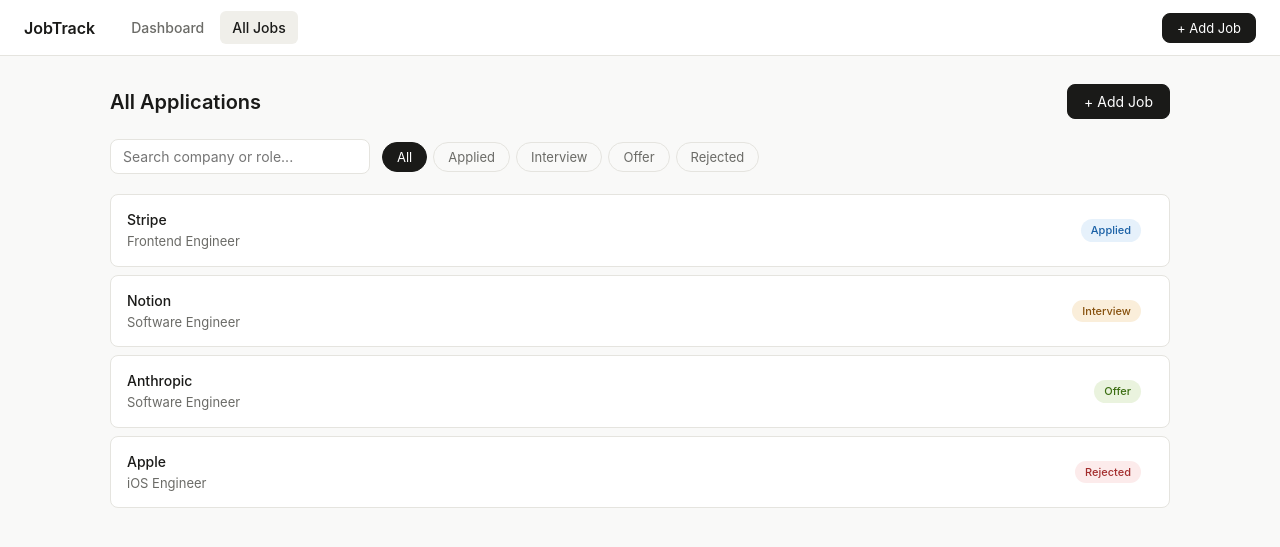
Repository: adtm0/jobtracker
Page: /jobs (app in frontend/)
These files come from the project's save history. The page is drawn as it stood at one moment and after a run of saves; the edit follows.
The browser window is 1280 px wide. The pictures show the whole page.
The project was rebuilt for these pictures with package versions that can differ from the ones it lists, and the page was loaded fresh each time. Also part of the build but not shown: frontend/vite.config.js, frontend/src/pages/Login.jsx, frontend/src/pages/Register.jsx, frontend/src/pages/Dashboard.jsx, frontend/src/pages/JobForm.jsx.

Above is the page before, as saved 2026-04-19 20:25:57.

After the next 4 saves:
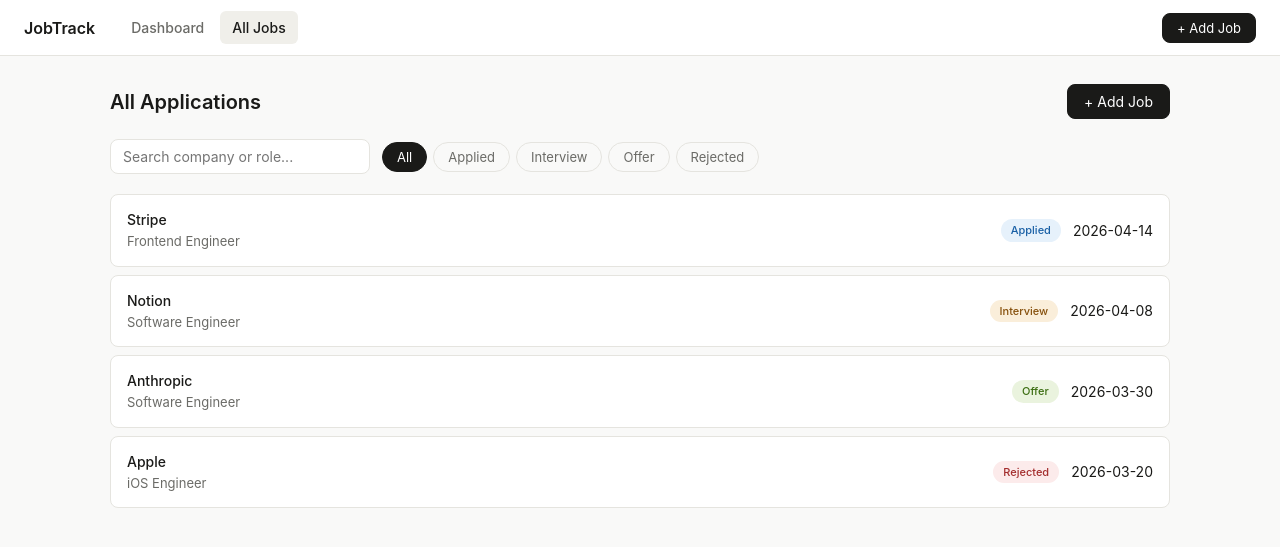
The 4 saves are shown as one change because they came seconds apart.
The last was saved 10 s later.
--- a/frontend/src/pages/Jobs.jsx
+++ b/frontend/src/pages/Jobs.jsx
@@ -150,7 +150,7 @@
               }}>
                 {job.status.charAt(0).toUpperCase() + job.status.slice(1)}
               </span>
-              <span></span>
+              <span>{job.date_applied}</span>
             </div>
           ))}
         </div>
